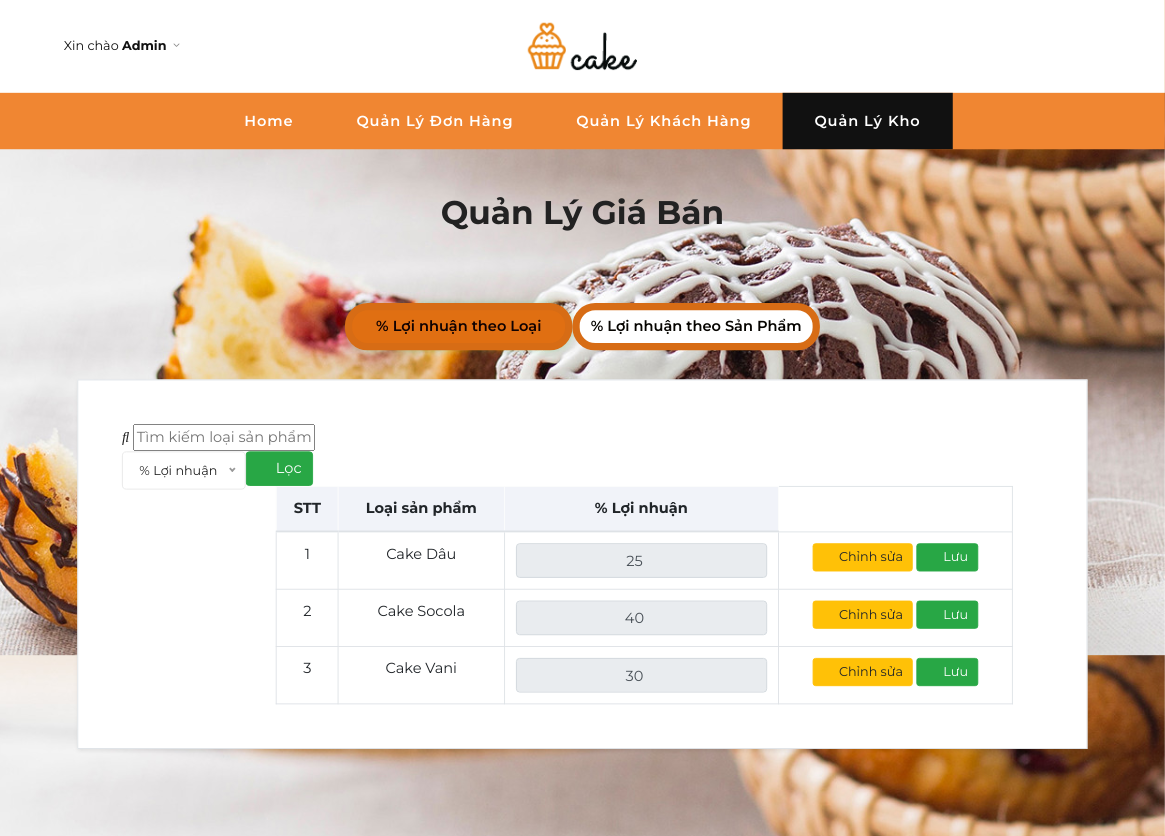
Repository: nhanto2n-byte/Nhom10ChieuThu3
Page: ProjectWeb/cake-main/admin_selling.html
The author's editor kept a copy of each file at every save. The page is drawn from the files as they stood at one save, then again after the next save.
The browser window is 1280 px wide. The pictures show the whole page, at 91% of full size.
Backgrounds fixed to the window are drawn as part of the page.

Above is the page before, as saved 2025-11-04 10:08:59.

### ProjectWeb/cake-main/admin_selling.html
<!DOCTYPE html>
<html lang="vi">

<head>
  <meta charset="UTF-8">
  <meta name="viewport" content="width=device-width, initial-scale=1.0">
  <title>Quản lý Giá Bán</title>

  <!-- Google Fonts -->
  <link href="https://fonts.googleapis.com/css2?family=Playfair+Display:wght@400;500;600;700;800;900&display=swap" rel="stylesheet">
  <link href="https://fonts.googleapis.com/css2?family=Montserrat:wght@300;400;500;600;700;800;900&display=swap" rel="stylesheet">

  <!-- CSS -->
  <link rel="stylesheet" href="css/bootstrap.min.css" type="text/css">
  <link rel="stylesheet" href="css/flaticon.css" type="text/css">
  <link rel="stylesheet" href="css/barfiller.css" type="text/css">
  <link rel="stylesheet" href="css/magnific-popup.css" type="text/css">
  <link rel="stylesheet" href="css/font-awesome.min.css" type="text/css">
  <link rel="stylesheet" href="css/elegant-icons.css" type="text/css">
  <link rel="stylesheet" href="css/nice-select.css" type="text/css">
  <link rel="stylesheet" href="css/owl.carousel.min.css" type="text/css">
  <link rel="stylesheet" href="css/slicknav.min.css" type="text/css">
  <link rel="stylesheet" href="css/style.css" type="text/css">

  <style>
    body {
      background: url('img/hero/hero-1.jpg') no-repeat center center fixed;
      background-size: cover;
      font-family: 'Montserrat', sans-serif;
      color: #222;
    }

    h2 {
      font-weight: 700;
      margin-bottom: 30px;
      color: #222;
    }

    .card {
      border: none;
      border-radius: 12px;
      box-shadow: 0 3px 10px rgba(0, 0, 0, 0.1);
      margin-bottom: 20px;
      padding: 25px;
      background-color: rgba(255, 255, 255, 0.9);
    }

    .table th {
      background-color: #f1f3f9;
    }

    .btn-reset {
      background-color: #dc3545;
      color: white;
      border: none;
      transition: all 0.3s;
    }

    .btn-reset:hover {
      background-color: #b02a37;
    }

    .result-box {
      background-color: rgba(255, 255, 255, 0.9);
      border-radius: 12px;
      padding: 20px;
      margin-top: 30px;
      box-shadow: 0 3px 10px rgba(0, 0, 0, 0.1);
    }

    /* ✅ THÔNG BÁO LƯU THÀNH CÔNG */
    .save-alert {
      display: none;
      position: fixed;
      top: 20px;
      right: 20px;
      background-color: #28a745;
      color: white;
      padding: 12px 20px;
      border-radius: 8px;
      font-weight: 600;
      z-index: 9999;
      box-shadow: 0 4px 10px rgba(0, 0, 0, 0.3);
      animation: slideIn 0.4s ease forwards;
    }

    @keyframes slideIn {
      from {
        opacity: 0;
        transform: translateY(-20px);
      }

      to {
        opacity: 1;
        transform: translateY(0);
      }
    }
  </style>
</head>

<body>
  <!-- ✅ THÔNG BÁO -->
  <div id="saveAlert" class="save-alert">✅ Đã lưu thành công!</div>

  <!-- Header giữ nguyên như cũ -->
  <header class="header">
    <div class="header__top">
      <div class="container">
        <div class="row">
          <div class="col-lg-12">
            <div class="header__top__inner">
              <div class="header__top__left">
                <ul>
                  <li class="has-dropdown">
                    Xin chào <strong>Admin</strong>
                    <span class="arrow_carrot-down"></span>
                    <ul class="dropdown">
                      <li><a href="./admin_login.html">Log out</a></li>
                    </ul>
                  </li>
                </ul>
              </div>
              <div class="header__logo">
                <a href="#"><img src="img/logo.png" alt=""></a>
              </div>
            </div>
          </div>
        </div>
        <div class="canvas__open"><i class="fa fa-bars"></i></div>
      </div>
    </div>
    <div class="container">
      <div class="row">
        <div class="col-lg-12">
          <nav class="header__menu mobile-menu">
            <ul>
              <li><a href="./admin_home.html">Home</a></li>
              <li><a href="./admin_product.html">Quản Lý Đơn Hàng</a></li>
              <li><a href="./admin_member.html">Quản Lý Khách Hàng</a></li>
              <li class="active"><a href="#">Quản Lý Kho</a>
                <ul class="dropdown">
                  <li><a href="./admin_category.html">Quản Lý Danh Mục Sản Phẩm</a></li>
                  <li><a href="./admin_import.html">Quản Lý Nhập Sản Phẩm</a></li>
                  <li><a href="./admin_selling.html">Quản Lý Giá Bán</a></li>
                  <li><a href="./admin_quantity.html">Quản Lý Số Lượng Tồn</a></li>
                  <li><a href="./admin_type.html">Quản Lý Loại Sản Phẩm</a></li>
                </ul>
              </li>
            </ul>
          </nav>
        </div>
      </div>
    </div>
  </header>

  <div class="container py-5">
    <h2 class="text-center">Quản Lý Giá Bán</h2>
  <!-- End Header/Navigation -->

    <!-- Start Price Management Section -->
    <div class="container py-5" style="min-height: 100px">
      <div class="text-center">

                <!-- Thanh phân trang nằm dưới tiêu đề -->
        <div class="d-flex justify-content-center align-items-center gap-3 mb-4">
          <label for="page1" class="btn btn-outline-success active" id="btnLoai">
            % Lợi nhuận theo Loại
          </label>
          <label for="page2" class="btn btn-outline-success" id="btnSanPham">
            % Lợi nhuận theo Sản Phẩm
          </label>
        </div>

      </div>
    <div class="p-4 p-lg-5 border bg-white rounded-3 shadow-sm">

      <div id="contentContainer">
  <div id="contentLoai" class="content-page">
    <!-- Trang 1: Bảng % Theo Loại -->
    <table class="table table-bordered text-center align-middle">
        <div class="page-header1 fade-in-up">
        <div class="search-filter-container">
          <div class="search-box">
            <i class="fas fa-search"></i>
            <input
              type="text"
              id="searchInput"
              placeholder="Tìm kiếm loại sản phẩm..."
            />
          </div>


          <div class="date-filter">
            <select
              class="form-select form-select-sm"
              style="padding: 14px 20px; font-size: 1.123rem; width: 180px"
            >
              <option selected style="font-weight: bold;
  color: #000;">% Lợi nhuận</option>
              <option>Dưới 10%</option>
              <option>10% - 30%</option>
              <option>30% - 50%</option>
              <option>Trên 50%</option>
            </select>
          </div>
          <div>
            <button type="button" class="btn btn-success">
              <i class="fas fa-filter me-1"></i> Lọc
            </button>
          </div>
        </div>
      </div>
    </div>





            <thead class="table-light">
              <tr>
                <th>STT</th>
                <th>Loại sản phẩm</th>
                <th>% Lợi nhuận</th>

              </tr>
            </thead>
            <tbody>

              <tr>
                <td>1</td>
                <td>Cake Dâu</td>

                <td>
                  <input
                    type="number"
                    class="form-control"
                    value="25" readonly

                  />
                </td>

                  <td>
                  <button class="btn btn-warning btn-sm">
                    <i class="fas fa-edit"></i> Chỉnh sửa
                  </button>
                  <button class="btn btn-success btn-sm">
                    <i class="fas fa-save"></i> Lưu
                  </button>
                </td>
              </tr>
              <tr>
                <td>2</td>
                <td>Cake Socola</td>


                <td>
                  <input
                    type="number"
                    class="form-control"
                    value="40" readonly

                  />
                </td>
                  <td>
                  <button class="btn btn-warning btn-sm">
                    <i class="fas fa-edit"></i> Chỉnh sửa
                  </button>
                  <button class="btn btn-success btn-sm">
                    <i class="fas fa-save"></i> Lưu
                  </button>
                </td>
              </tr>
              <tr>
                <td>3</td>
                <td>Cake Vani</td>

                <td>
                  <input
                    type="number"
                    class="form-control"
                    value="30" readonly

                  />
                </td>


                  <td>
                  <button class="btn btn-warning btn-sm">
                    <i class="fas fa-edit"></i> Chỉnh sửa
                  </button>
                  <button class="btn btn-success btn-sm">
                    <i class="fas fa-save"></i> Lưu
                  </button>
                </td>
              </tr>

            </tbody>
          </table>
        </div>
        <!-- Trang 2 -->
      <div id="contentSanPham" class="content-page" style="display: none;">

    <!-- End Price Management Section -->
    <!-- Start Footer -->


           <script>
            document.addEventListener("DOMContentLoaded", function () {
              const editButtons = document.querySelectorAll(".btn-warning");
              const saveButtons = document.querySelectorAll(".btn-success");

              // Khi bấm "Chỉnh sửa"
              editButtons.forEach((btn) => {
                btn.addEventListener("click", function () {
                  const row = btn.closest("tr");
                  const isSanPham = row.closest("#contentSanPham") !== null;
                  let profitInput;

                  if (isSanPham) {
                    // Bảng sản phẩm
                    profitInput = row.querySelector("td:nth-child(5) input[type='number']");
                  } else {
                    // Bảng loại
                    profitInput = row.querySelector("td:nth-child(3) input[type='number']");
                  }

                  if (profitInput) {
                    profitInput.removeAttribute("readonly");
                    profitInput.focus();
                  }
                });
              });

              // Khi bấm "Lưu"
              saveButtons.forEach((btn) => {
                btn.addEventListener("click", function () {
                  const row = btn.closest("tr");
                  const isSanPham = row.closest("#contentSanPham") !== null;
                  let profitInput;

                  if (isSanPham) {
                    profitInput = row.querySelector("td:nth-child(5) input[type='number']");
                  } else {
                    profitInput = row.querySelector("td:nth-child(3) input[type='number']");
                  }

                  if (profitInput) {
                    profitInput.setAttribute("readonly", true);
                  }

                  const confirmSave = confirm("Bạn có chắc chắn muốn lưu thay đổi này không?");
                  if (confirmSave) {
                    alert("✅ Đã lưu thành công!");
                  }
                });
              });
            });

              // Hiệu ứng chọn tab giữa % Theo Loại và % Theo Sản Phẩm
              document.addEventListener("DOMContentLoaded", function () {
                const btnLoai = document.getElementById("btnLoai");
                const btnSanPham = document.getElementById("btnSanPham");
                const contentLoai = document.getElementById("contentLoai");
                const contentSanPham = document.getElementById("contentSanPham");

                btnLoai.addEventListener("click", () => {
                  btnLoai.classList.add("active");
                  btnSanPham.classList.remove("active");
                  contentLoai.style.display = "block";
                  contentSanPham.style.display = "none";
                });

                btnSanPham.addEventListener("click", () => {
                  btnSanPham.classList.add("active");
                  btnLoai.classList.remove("active");
                  contentLoai.style.display = "none";
                  contentSanPham.style.display = "block";
                });
              });
          </script>

           <style>
            .btn-sm {
              padding: 4px 10px;
              font-size: 0.875rem;
            }
            td:last-child {
              white-space: nowrap;
            }
            .btn-warning i,
            .btn-success i {
              margin-right: 4px;
            }
          </style>
          <style>
            #btnLoai, #btnSanPham {
              min-width: 300px;
              font-weight: 600;
              border-width: 2px;
              transition: all 0.3s ease;
            }

            #btnLoai:hover, #btnSanPham:hover {
              background-color: #a85a11;
              color: white;
            }

            #btnLoai.active, #btnSanPham.active {
              background-color: #c1760e;
              color: white;
            }
          /* Thu hẹp bảng "% Theo Loại" và căn giữa */
            #contentLoai table {
              width: 80%;       /* Giảm bề ngang, có thể chỉnh 60–80% tùy ý */
              margin: 0 auto;   /* Căn giữa bảng */
            }

            /* Căn giữa hai nút thao tác trong cột cuối */
            #contentLoai td:last-child {
              text-align: center;
            }

            /* Căn giữa toàn bộ cột % Lợi nhuận */
            #contentLoai td:nth-child(3),
            #contentLoai th:nth-child(3),
            #contentSanPham td:nth-child(5),
            #contentSanPham th:nth-child(5) {
              text-align: center;
              vertical-align: middle;
            }

            /* Cho ô input % lợi nhuận cũng nằm giữa gọn gàng */
            #contentLoai input.form-control,
            #contentSanPham input.form-control {
              text-align: center;
            }
             /* Căn giữa cột "Giá bán" trong bảng % Theo Sản Phẩm */
            #contentSanPham th:nth-child(6),
            #contentSanPham td:nth-child(6) {
              text-align: center;
              vertical-align: middle;
            }

            /* Cho ô input trong cột giá bán cũng căn giữa */
            #contentSanPham td:nth-child(6) input.form-control {
              text-align: center;
            }
            #btnLoai, #btnSanPham {
              min-width: 250px;
              border-radius: 25px;
              border: 8px solid #d76c15;
              background-color: white;
              color: #060400;
              transition: all 0.3s ease;
              font-weight: 600;
            }

            #btnLoai:hover, #btnSanPham:hover {
              background-color: #c6720b;
              color: #0f0101;
              transform: scale(1.05);
            }

            #btnLoai.active, #btnSanPham.active {
              background-color: #e06f12;
              color: #100202;
              box-shadow: 0 0 8px rgba(40, 167, 69, 0.3);
            }
          </style>
  </body>
</html>


  <!-- JS -->
  <script src="js/jquery-3.3.1.min.js"></script>
  <script src="js/bootstrap.min.js"></script>
  <script src="js/jquery.nice-select.min.js"></script>
  <script src="js/jquery.barfiller.js"></script>
  <script src="js/jquery.magnific-popup.min.js"></script>
  <script src="js/jquery.slicknav.js"></script>
  <script src="js/owl.carousel.min.js"></script>
  <script src="js/jquery.nicescroll.min.js"></script>
  <script src="js/main.js"></script>

  <script>
    // 🧮 TÍNH GIÁ BÁN DỰA TRÊN GIÁ VỐN VÀ % LỢI NHUẬN
    function calculateSalePrice() {
      let cost = parseFloat(document.getElementById('costPrice').value);
      let percent = parseFloat(document.getElementById('profitPercent').value);

      if (isNaN(cost)) cost = 100000;
      if (isNaN(percent)) percent = 20;

      const sale = cost * (1 + percent / 100);
      document.getElementById('salePrice').value = sale.toFixed(0);
      document.getElementById('result').innerHTML =
        `💰 Giá bán đề xuất: <strong>${sale.toLocaleString()} đ</strong><br>(Từ giá vốn ${cost.toLocaleString()} đ, lợi nhuận ${percent}%)`;
    }

    // 📊 TÍNH % LỢI NHUẬN DỰA TRÊN GIÁ VỐN VÀ GIÁ BÁN
    function calculateProfitPercent() {
      let cost = parseFloat(document.getElementById('costPrice').value);
      let sale = parseFloat(document.getElementById('salePrice').value);

      if (isNaN(cost)) cost = 100000;
      if (isNaN(sale)) sale = 120000;

      const percent = ((sale - cost) / cost) * 100;
      document.getElementById('profitPercent').value = percent.toFixed(2);
      document.getElementById('result').innerHTML =
        `📈 Lợi nhuận: <strong>${percent.toFixed(2)}%</strong><br>(Từ giá vốn ${cost.toLocaleString()} đ, giá bán ${sale.toLocaleString()} đ)`;
    }

    // 🔄 RESET FORM
    function resetForm() {
      document.getElementById('profitForm').reset();
      document.getElementById('result').innerHTML = "";
    }

    // ✅ HIỆU ỨNG LƯU THÀNH CÔNG
    function showSaveAlert() {
      const alertBox = document.getElementById('saveAlert');
      alertBox.style.display = 'block';
      setTimeout(() => {
        alertBox.style.display = 'none';
      }, 2000);
    }
  </script>

</body>
</html>

### ProjectWeb/cake-main/css/barfiller.css
.barfiller {
    width:100%;
    height:12px;
    background:#fcfcfc;
    border:1px solid #ccc;
    position:relative;
    margin-bottom:20px;
    box-shadow: inset 1px 4px 9px -6px rgba(0,0,0,.5);
    -moz-box-shadow: inset 1px 4px 9px -6px rgba(0,0,0,.5);
}

.barfiller .fill {
    display:block;
    position:relative;
    width:0px;
    height:100%;
    background:#333;
    z-index:1;
}

.barfiller .tipWrap {
    display:none;
}

.barfiller .tip {
    margin-top:-30px;
    padding:2px 4px;
    font-size:11px;
    color:#fff;
    left:0px;
    position:absolute;
    z-index:2;
    background: #333;
}

.barfiller .tip:after {
    border:solid;
    border-color:rgba(0,0,0,.8) transparent;
    border-width:6px 6px 0 6px;
    content:"";
    display:block;
    position:absolute;
    left:9px;
    top:100%;
    z-index:9
}

Loaded but not shown: ProjectWeb/cake-main/css/bootstrap.min.css (library); ProjectWeb/cake-main/css/flaticon.css (common file); ProjectWeb/cake-main/css/magnific-popup.css (library); ProjectWeb/cake-main/css/font-awesome.min.css (library); ProjectWeb/cake-main/css/nice-select.css (common file); ProjectWeb/cake-main/css/owl.carousel.min.css (library); ProjectWeb/cake-main/css/slicknav.min.css (common file); ProjectWeb/cake-main/js/jquery-3.3.1.min.js (library); ProjectWeb/cake-main/js/bootstrap.min.js (library); ProjectWeb/cake-main/js/jquery.nice-select.min.js (common file); ProjectWeb/cake-main/js/jquery.barfiller.js (library); ProjectWeb/cake-main/js/jquery.magnific-popup.min.js (library); ProjectWeb/cake-main/js/jquery.slicknav.js (library); ProjectWeb/cake-main/js/owl.carousel.min.js (library); ProjectWeb/cake-main/js/jquery.nicescroll.min.js (library); ProjectWeb/cake-main/js/main.js (235 lines, source omitted); ProjectWeb/cake-main/css/style.css (4080 lines, source omitted); ProjectWeb/cake-main/css/elegant-icons.css (1157 lines, source omitted)

After the next save:
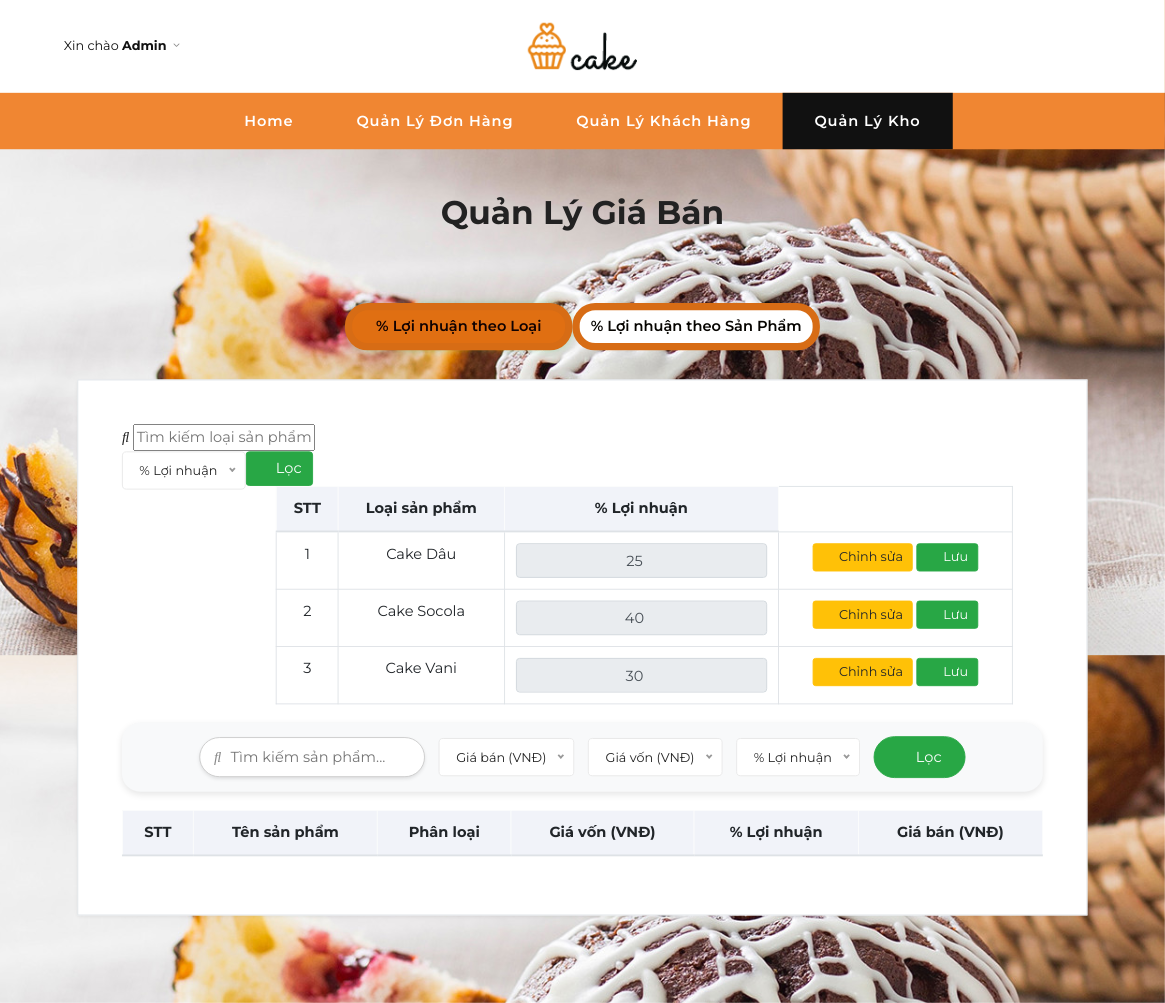
Saved 82 s later.
--- a/ProjectWeb/cake-main/admin_selling.html
+++ b/ProjectWeb/cake-main/admin_selling.html
@@ -297,8 +297,154 @@
             </tbody>
           </table>
         </div>
-        <!-- Trang 2 -->
-      <div id="contentSanPham" class="content-page" style="display: none;">
+    <!-- Trang 2: Bảng % Theo Sản Phẩm -->
+<div class="page-header1 fade-in-up">
+  <div
+    class="search-filter-container"
+    style="
+      display: flex;
+      align-items: center;
+      justify-content: center;
+      flex-wrap: wrap;
+      gap: 15px;
+      background: #f8f9fa;
+      padding: 15px 20px;
+      border-radius: 20px;
+      box-shadow: 0 3px 8px rgba(0, 0, 0, 0.1);
+      margin: 20px 0;
+    "
+  >
+    <!-- Ô tìm kiếm -->
+    <div
+      class="search-box"
+      style="
+        display: flex;
+        align-items: center;
+        background: #fff;
+        border: 1px solid #ccc;
+        border-radius: 30px;
+        padding: 8px 15px;
+        box-shadow: 0 2px 4px rgba(0, 0, 0, 0.1);
+      "
+    >
+      <i class="fas fa-search" style="color: #888; margin-right: 8px"></i>
+      <input
+        type="text"
+        id="searchInput"
+        placeholder="Tìm kiếm sản phẩm..."
+        style="
+          border: none;
+          outline: none;
+          font-size: 1rem;
+          width: 200px;
+          border-radius: 30px;
+        "
+      />
+    </div>
+
+    <!-- Bộ lọc giá bán -->
+    <div class="mb-2" style="margin-bottom: 0rem !important">
+      <select
+        class="form-select form-select-sm"
+        style="
+          padding: 10px 20px;
+          font-size: 1rem;
+          border-radius: 30px;
+          border: 1px solid #ccc;
+          cursor: pointer;
+        "
+      >
+        <option selected style="font-weight: bold; color: #000">
+          Giá bán (VNĐ)
+        </option>
+        <option>0 - 50.000</option>
+        <option>50.000 - 100.000</option>
+        <option>100.000 - 200.000</option>
+        <option>Trên 200.000</option>
+      </select>
+    </div>
+
+    <!-- Bộ lọc giá vốn -->
+    <div class="brand-filter">
+      <div class="mb-2" style="margin-bottom: 0rem !important">
+        <select
+          class="form-select form-select-sm"
+          style="
+            padding: 10px 20px;
+            font-size: 1rem;
+            border-radius: 30px;
+            border: 1px solid #ccc;
+            cursor: pointer;
+          "
+        >
+          <option selected style="font-weight: bold; color: #000">
+            Giá vốn (VNĐ)
+          </option>
+          <option>0 - 30.000</option>
+          <option>30.000 - 80.000</option>
+          <option>80.000 - 150.000</option>
+          <option>Trên 150.000</option>
+        </select>
+      </div>
+    </div>
+
+    <!-- Bộ lọc % lợi nhuận -->
+    <div class="date-filter">
+      <select
+        class="form-select form-select-sm"
+        style="
+          padding: 10px 20px;
+          font-size: 1rem;
+          border-radius: 30px;
+          border: 1px solid #ccc;
+          width: 180px;
+          cursor: pointer;
+        "
+      >
+        <option selected style="font-weight: bold; color: #000">
+          % Lợi nhuận
+        </option>
+        <option>Dưới 10%</option>
+        <option>10% - 30%</option>
+        <option>30% - 50%</option>
+        <option>Trên 50%</option>
+      </select>
+    </div>
+
+    <!-- Nút lọc -->
+    <div>
+      <button
+        type="button"
+        class="btn btn-success"
+        style="
+          border-radius: 30px;
+          padding: 10px 25px;
+          font-size: 1rem;
+        "
+      >
+        <i class="fas fa-filter me-1"></i> Lọc
+      </button>
+    </div>
+  </div>
+</div>
+
+<!-- Giữ nguyên toàn bộ bảng -->
+<table class="table table-bordered text-center align-middle">
+  <thead class="table-light">
+    <tr>
+      <th>STT</th>
+      <th>Tên sản phẩm</th>
+      <th>Phân loại</th>
+      <th>Giá vốn (VNĐ)</th>
+      <th>% Lợi nhuận</th>
+      <th>Giá bán (VNĐ)</th>
+    </tr>
+  </thead>
+
+  <tbody>
+    <!-- ... toàn bộ các dòng sản phẩm bạn đã có ... -->
+  </tbody>
+</table>
 
     <!-- End Price Management Section -->
     <!-- Start Footer -->
